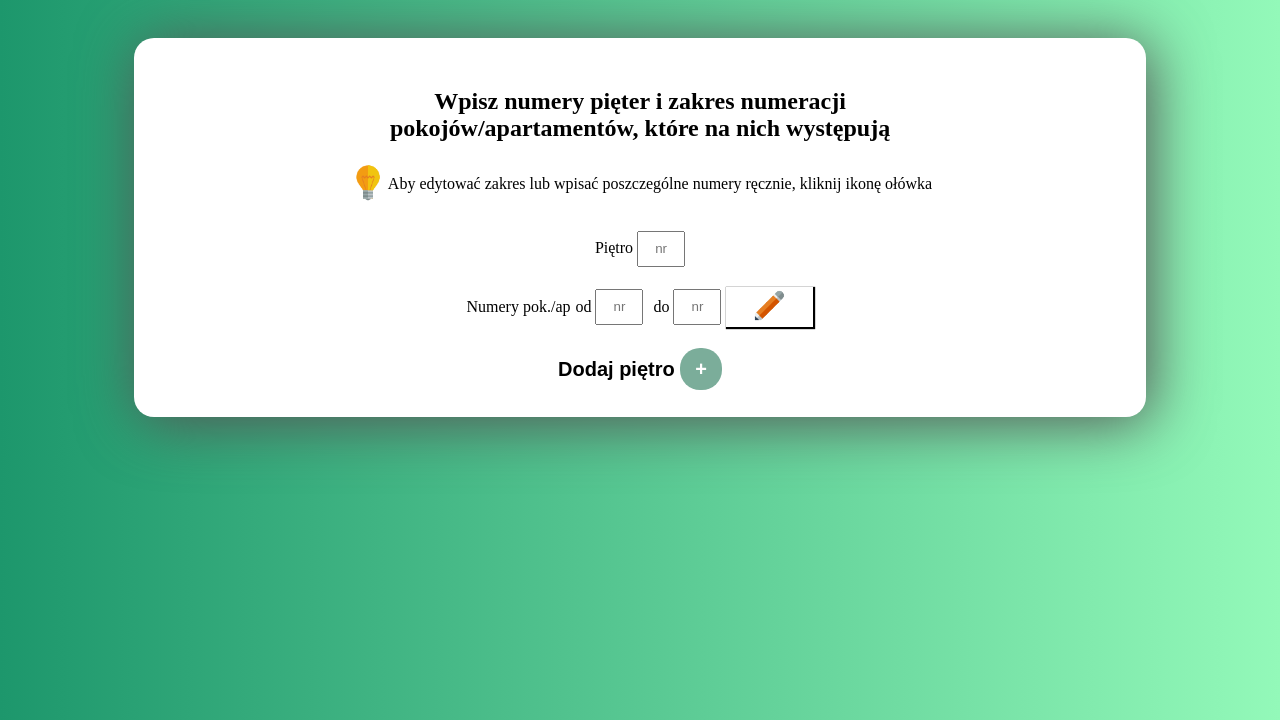
Repository: kateotto/vue-hotel-app
Page: /
These files come from the project's save history. The page is drawn as it stood at one moment and after the next save; the edit follows.
The browser window is 1280 px wide. The pictures show the whole page.
The first visible `.pen-button` has the focus.
The project was rebuilt for these pictures with package versions that can differ from the ones it lists, and the page was loaded fresh each time. Also part of the build but not shown: src/components/Rooms.vue, src/components/Floor.vue.

Above is the page before, as saved 2020-03-15 23:03:10.

### src/components/Container.vue
<template>
  <div class="container">
    <h2 class="title">
      Wpisz numery pięter i zakres numeracji pokojów/apartamentów, które na nich
      występują
    </h2>
    <div class="tooltip">
      <div class="tooltip-logo">
        <img :src="bulb" alt="Bulb-icon" />
      </div>
      <div class="tooltip-text">
        Aby edytować zakres lub wpisać poszczególne numery ręcznie, kliknij
        ikonę ołówka
      </div>
    </div>
    <div class="error">{{ error }}</div>
    <div class="input-container">
      <div class="floor-wrapper">
        <label for="floor">
          Piętro
          <input
            name="floor"
            type="number"
            class="floor"
            min="0"
            v-model="floorNr"
            placeholder="nr"
          />
        </label>
      </div>
      <div class="room-wrapper">
        <span>Numery pok./ap </span>
        <label for="startNr">
          od
          <input
            type="number"
            name="startNr"
            v-model="startNr"
            placeholder="nr"
          />
        </label>
        <label for="endNr">
          do
          <input type="number" name="endNr" v-model="endNr" placeholder="nr" />
        </label>
        <button class="pen-button" @click="changeEdit">
          <img :src="pencil" alt="save" />
        </button>
      </div>
    </div>
    <button @click="validateAndAddFloor" class="add-button">
      Dodaj piętro
    </button>
    <Floor
      v-for="item in rooms"
      :key="item.id"
      :item="item"
      :edit="edit"
      @floorRemoved="removeFloor"
    />
  </div>
</template>
<script>
import Floor from "./Floor.vue";
import bulb from "../assets/bulb.png";
import pencil from "../assets/pencil.png";
export default {
  name: "AppContainer",
  components: {
    Floor
  },
  data() {
    return {
      floorNr: null,
      startNr: null,
      endNr: null,
      rooms: [],
      error: "",
      edit: false,
      bulb: bulb,
      pencil: pencil
    };
  },
  methods: {
    validateAndAddFloor: function() {
      this.isFormValid() && this.addFloor() && this.clearFloor();
    },
    addFloor: function() {
      this.rooms.push({
        id: this.rooms.length,
        floor: this.floorNr,
        firstRoom: this.startNr,
        lastRoom: this.endNr
      });
      return true;
    },
    clearFloor: function() {
      this.floorNr = null;
      this.startNr = null;
      this.endNr = null;
      this.edit = false;
    },
    isFormValid: function() {
      this.error = null;
      if (!this.floorNr || !this.startNr || !this.endNr) {
        this.error = "Wypełnij wszystkie pola!";
        return false;
      }

      if (this.floorNr < 0 || this.floorNr === "-0") {
        this.error = "Piętro musi być dodatnie!";
        this.floorNr = null;
        return false;
      }

      if (this.startNr < 0 || this.startNr > this.endNr) {
        this.error = "Numery pokoi wypełnione błędnie!";
        this.startNr = null;
        this.endNr = null;
        return false;
      }

      if (this.rooms.findIndex(room => room.floor === this.floorNr) > -1) {
        this.error = "Takie piętro już istnieje!";
        this.floorNr = null;
        return false;
      }

      return true;
    },
    changeEdit: function() {
      this.edit = !this.edit;
    },
    removeFloor: function(id) {
      const floorId = this.rooms.findIndex(room => room.id === id);
      this.rooms.splice(floorId, 1);
    }
  }
};
</script>
<style scoped>
.container {
  display: flex;
  justify-content: center;
  align-items: center;
  flex-direction: column;
  width: 80%;
  height: auto;
  padding: 30px 0;
  margin: 30px 0;
  background-color: #fff;
  border-radius: 20px;
  box-shadow: 5px 5px 60px #555;
}

.title {
  width: 50%;
  text-align: center;
}

.tooltip {
  display: flex;
  flex-direction: row;
  flex-wrap: wrap;
  align-items: center;
  justify-content: center;
  margin: 0px 30px;
}

.tooltip-logo img {
  width: 40px;
  height: 40px;
}

.tooltip-text {
  display: flex;
  align-content: center;
  text-align: center;
}

.input-container {
  display: flex;
  flex-direction: column;
  justify-content: center;
  align-items: center;
  margin: 25px 0;
}

.input-container input::-webkit-outer-spin-button,
::-webkit-inner-spin-button {
  -webkit-appearance: none;
  margin: 0;
}

.input-container input[type="number"] {
  -moz-appearance: textfield;
}

.floor-wrapper {
  margin-bottom: 20px;
}

label {
  padding: 0 5px;
}

.floor-wrapper input,
.room-wrapper input {
  text-align: center;
  width: 40px;
  height: 30px;
}
.room-wrapper {
  display: flex;
  align-items: center;
}

.pen-button {
  border: none;
  background-color: transparent;
  cursor: pointer;
  outline: #fff;
}
.pen-button:focus {
  box-shadow: 1px 1px 1px 1px #000;
}

.pen-button img {
  width: 35px;
  height: 35px;
  margin: 0 20px;
}

.add-button {
  border: none;
  background-color: transparent;
  font-size: 1.25rem;
  font-weight: bold;
  cursor: pointer;
  margin: 5px 0;
  outline: none;
}

.add-button::after {
  content: "+";
  padding: 10px 15px;
  background-color: #7bad9a;
  color: #fff;
  border-radius: 20px;
  cursor: pointer;
}

.error {
  color: red;
  font-size: 1.125rem;
  font-weight: bold;
}
</style>

Loaded but not shown: public/index.html (common file); src/main.js (common file); src/App.vue (common file)

After the next save:
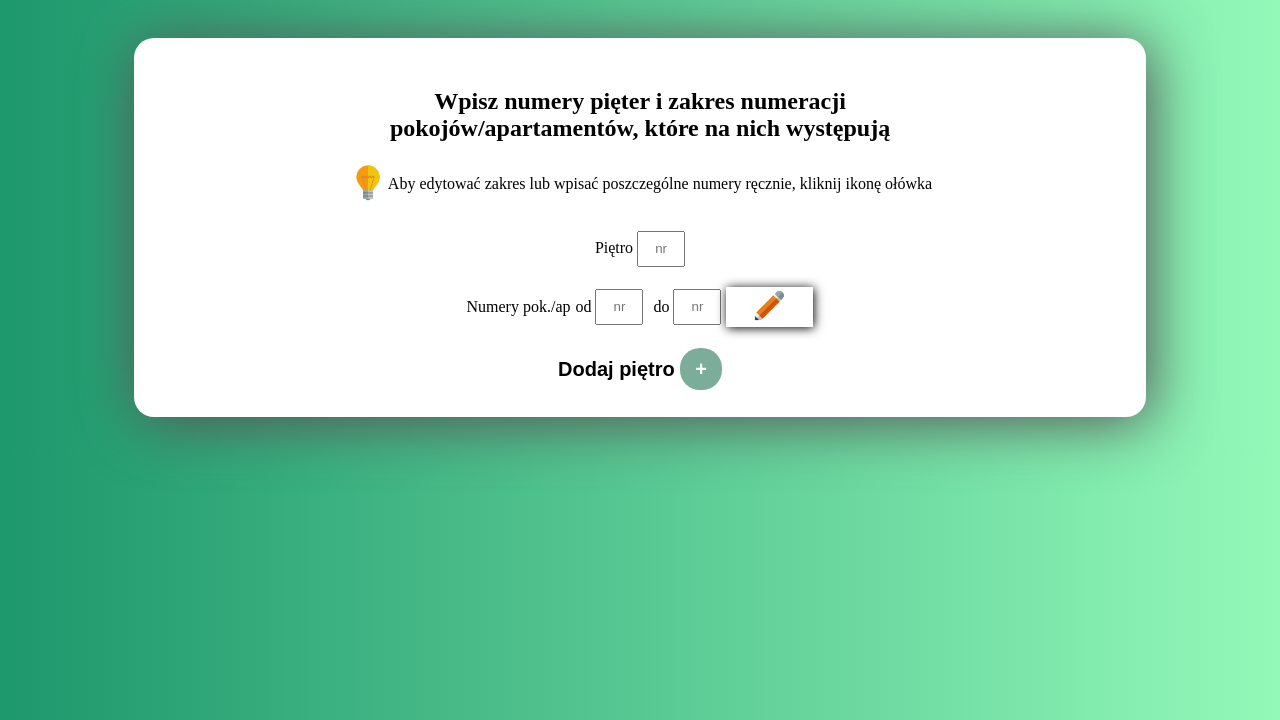
Saved 18 s later.
--- a/src/components/Container.vue
+++ b/src/components/Container.vue
@@ -222,7 +222,7 @@ label {
   outline: #fff;
 }
 .pen-button:focus {
-  box-shadow: 1px 1px 1px 1px #000;
+  box-shadow: 1px 1px 10px #000;
 }
 
 .pen-button img {
